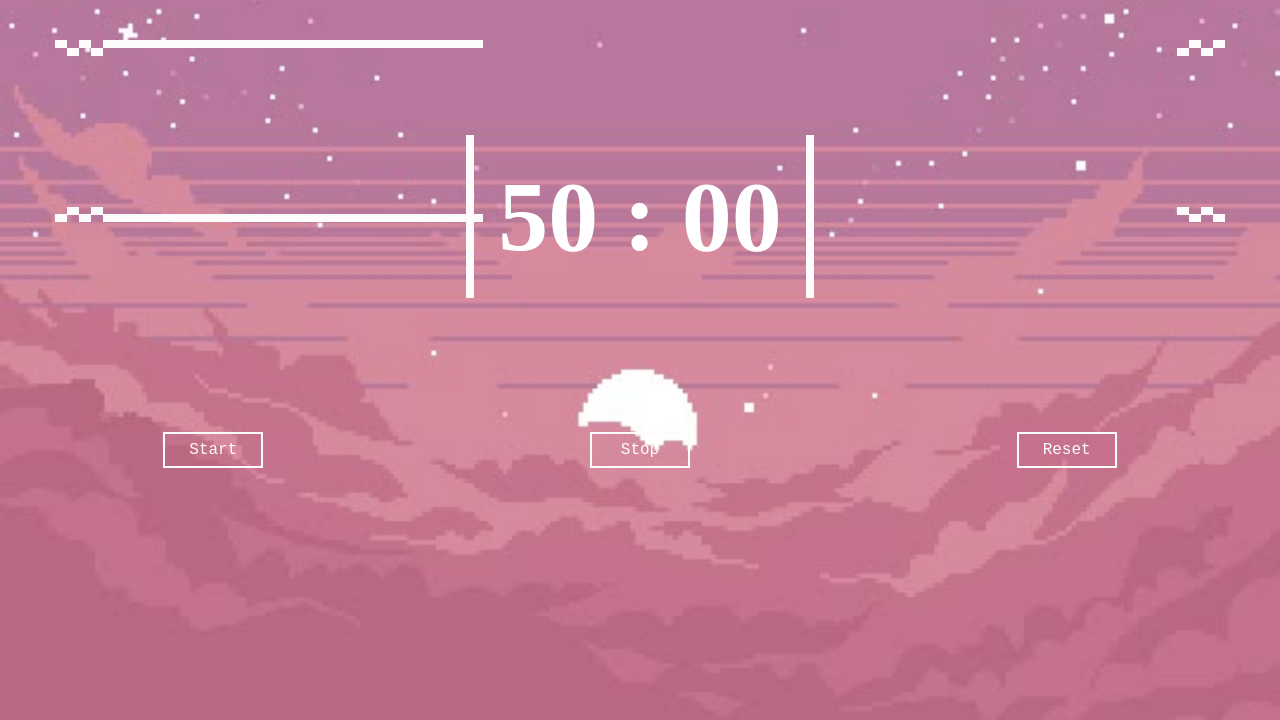
Repository: niharikapatil2306/Study-Timer
Page: index.html
The author's editor kept a copy of each file at every save. The page is drawn from the files as they stood at one save, then again after the next save.
The browser window is 1280 px wide. The pictures show the whole page.
Backgrounds fixed to the window are drawn as part of the page. Some web fonts or font styles are not loaded; a fallback is used.

Above is the page before, as saved 2025-02-18 18:23:19.

After the next save:
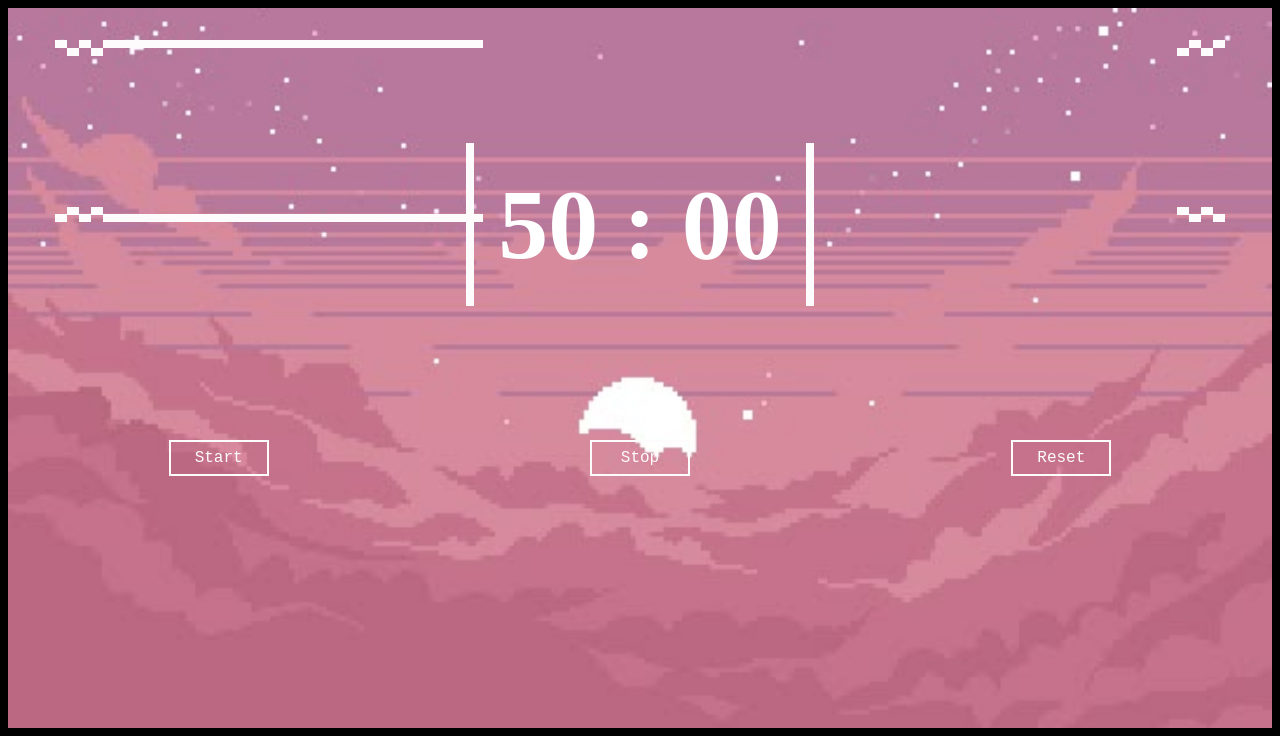
Saved 12 s later.
--- a/style.css
+++ b/style.css
@@ -1,11 +1,12 @@
 body {
+
+}
+
+.container{
     margin: 0;
     padding: 0;
     background: url("./img/bg.jpeg") no-repeat center center fixed;
     background-size: cover;
-}
-
-.container{
     height: 100vh;
 }
 

After the 4 saves that followed:
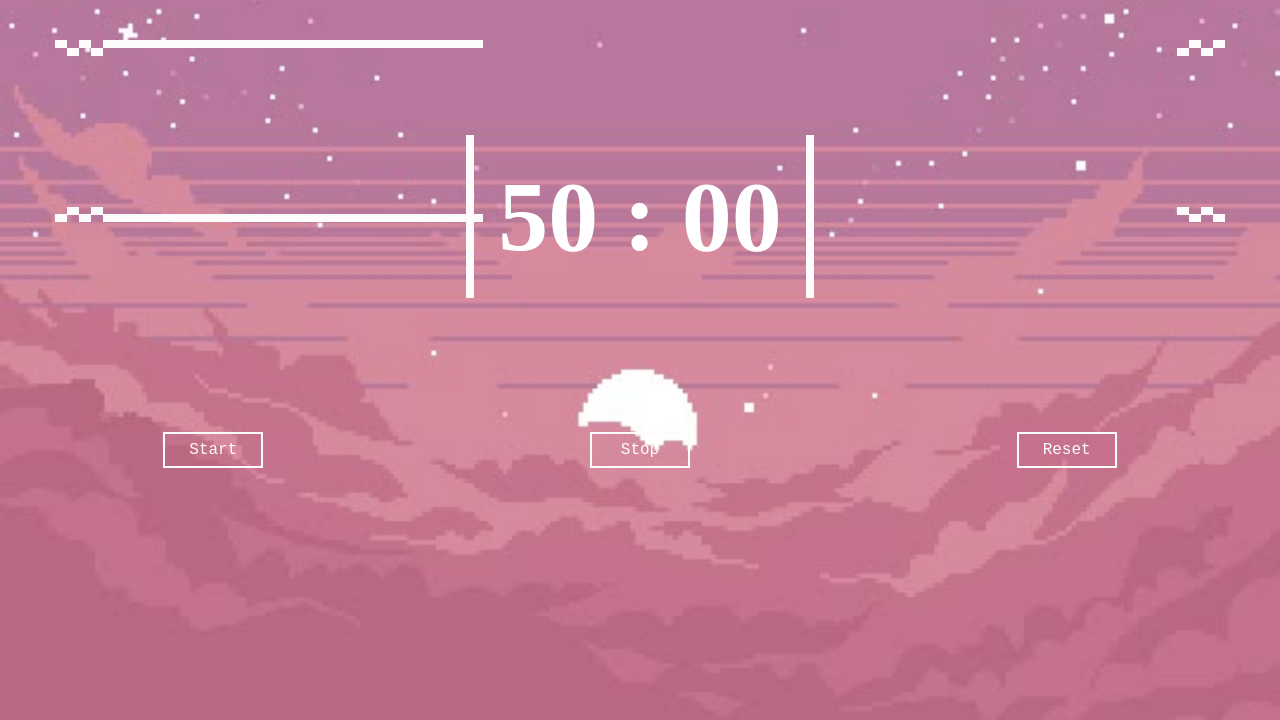
The 4 saves are shown as one change because 3 left the picture as it was.
The last was saved 43 s later.
--- a/style.css
+++ b/style.css
@@ -1,4 +1,7 @@
 body {
+
+    padding: 0;
+    margin: 0;
 
 }
 
